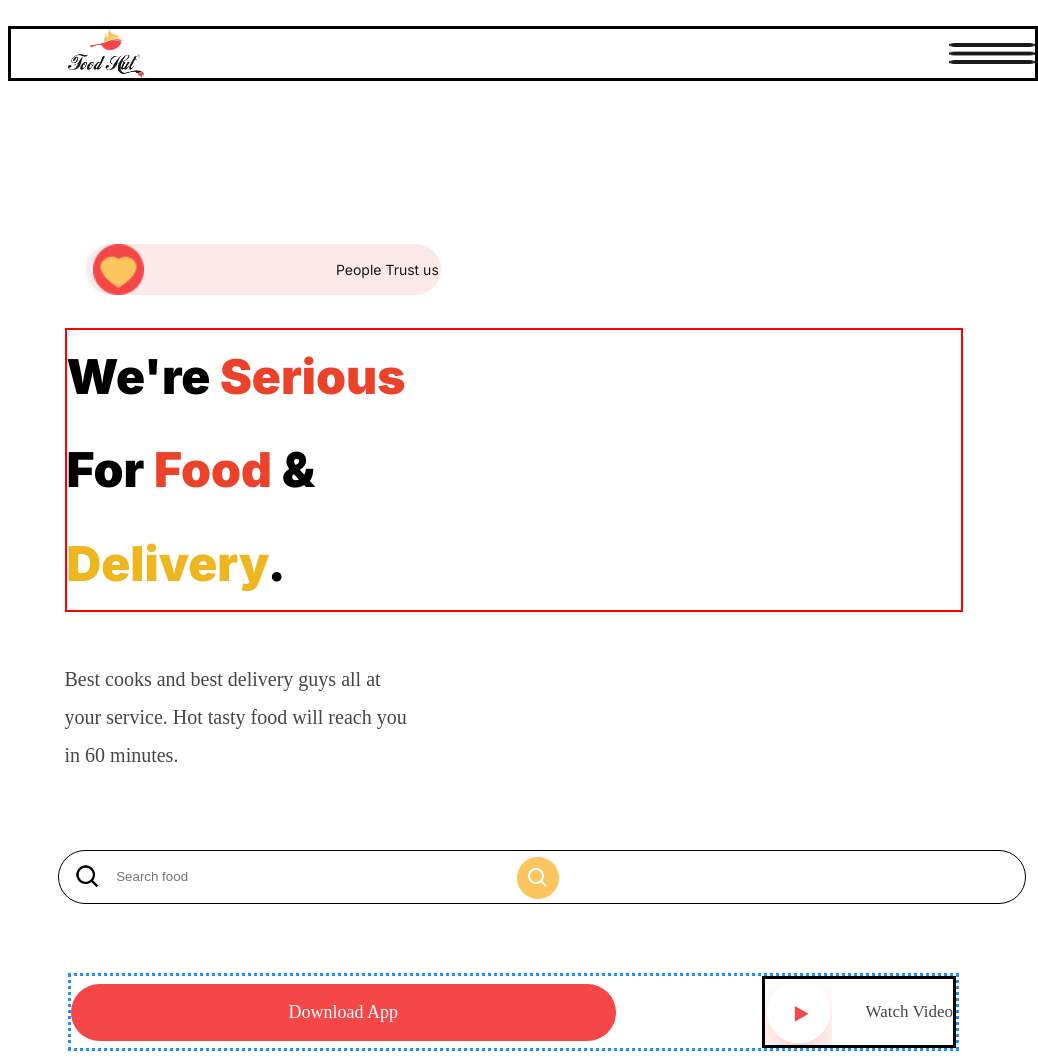
Repository: ReyhanehRahmani/Food-Hut
Page: FoodHut.html
These files come from the project's save history. The page is drawn as it stood at one moment and after the next save; the edit follows.
The browser window is 1024 px wide. The page is 1038 px wide, so the pictures cover 1038 px, including what lies to the right of the window. The pictures show the whole page.
Some web fonts or font styles are not loaded; a fallback is used.

Above is the page before, as saved 2025-05-29 00:09:31.

After the next save:
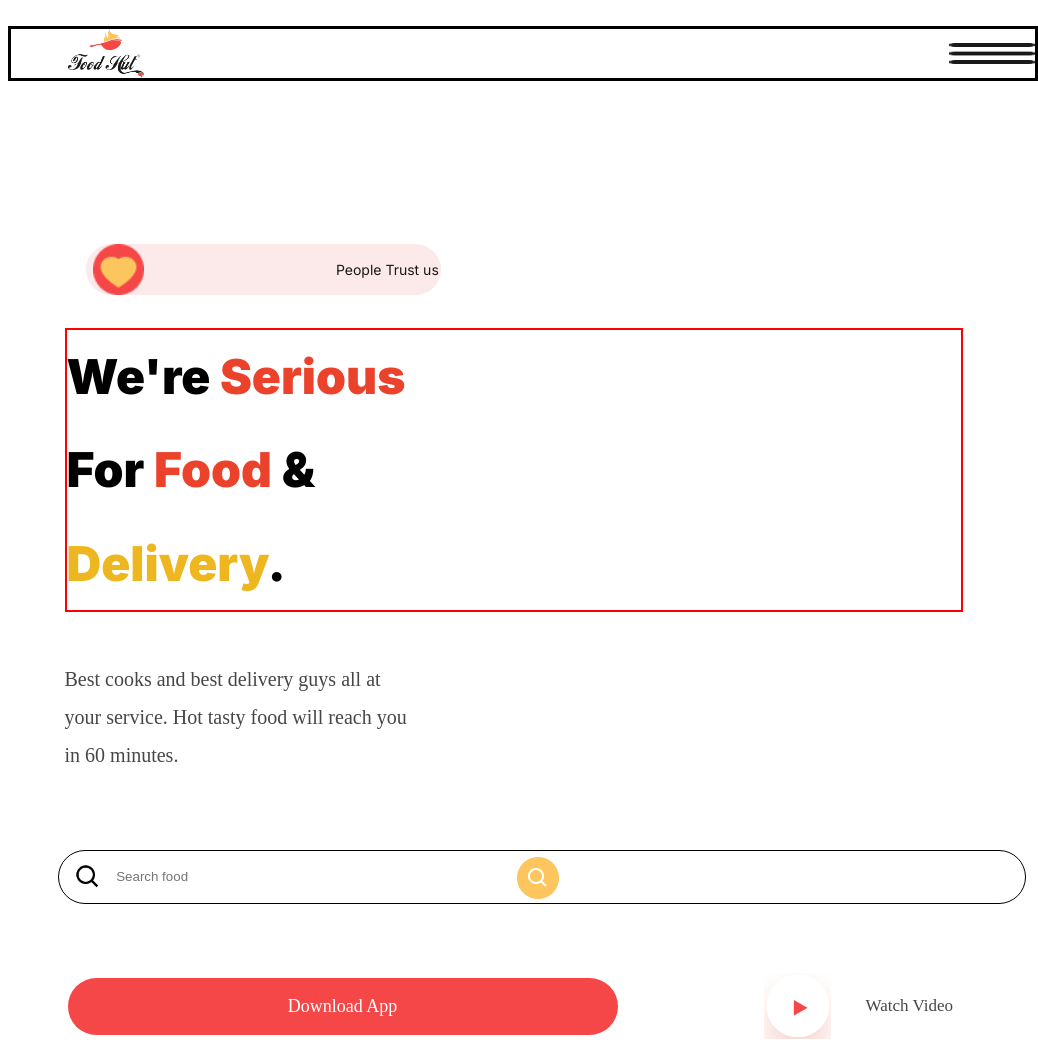
Saved 54 s later.
--- a/FoodHut.css
+++ b/FoodHut.css
@@ -174,7 +174,6 @@ body {
     justify-content: space-between;
     gap: 8.244680851%;
     align-items: center;
-    border: dodgerblue, dotted;
     width: 87.85046729%;
     margin-left: 5.907476636%;
 
@@ -201,7 +200,6 @@ body {
     height: 100%;
     justify-content: space-between;
     gap: 11.475409836%;
-    border: solid;
     align-items: center;
 }
 
